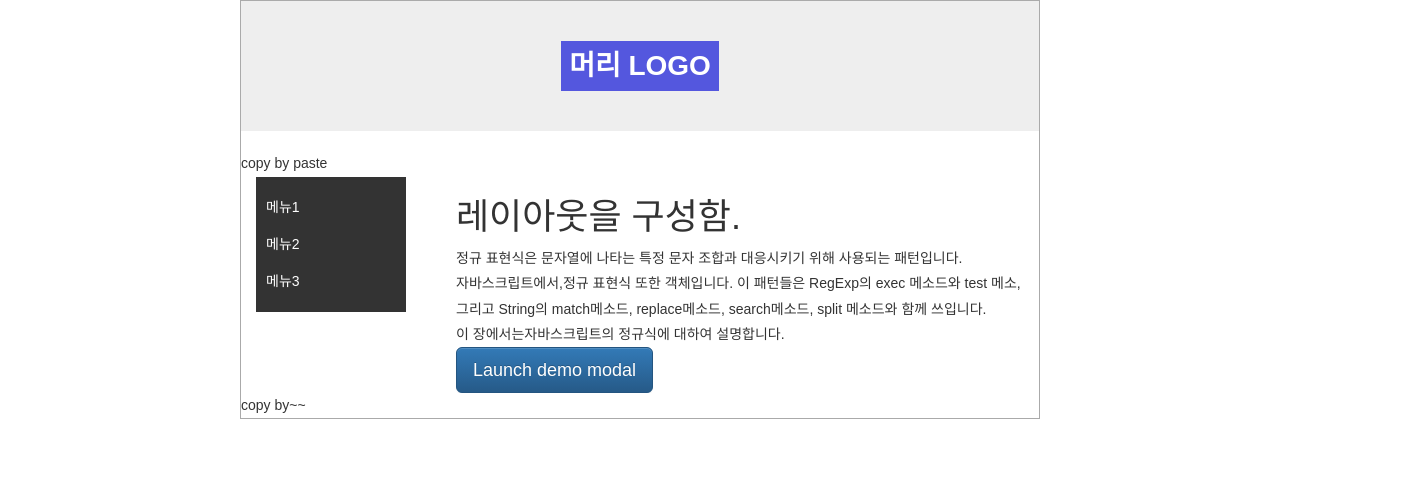
Repository: yoojisoo/YONSAI
Page: http://localhost/teatJava/
The author's editor kept a copy of each file at every save. The page is drawn from the files as they stood at one save, then again after the next save.
The browser window is 1280 px wide. The page is 1411 px wide, so the pictures cover 1411 px, including what lies to the right of the window. The pictures show the whole page.
The page is served by Tomcat 9.

Above is the page before, as saved 2021-08-23 06:30:36.

After the next save:
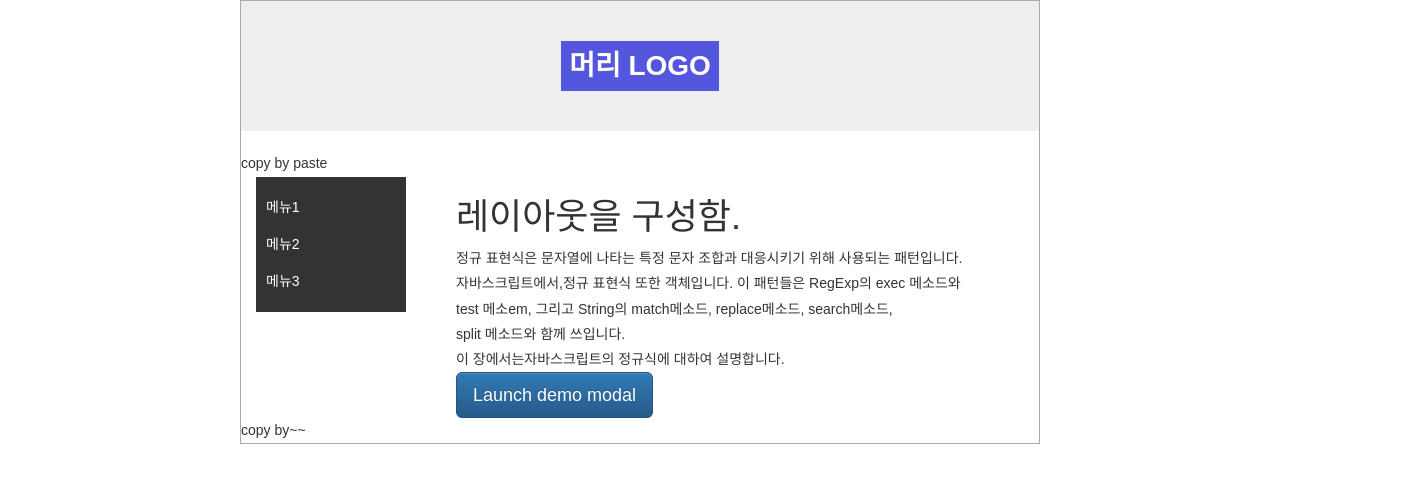
Saved 32 s later.
--- a/jsworkspace/teatJava/src/main/webapp/index.jsp
+++ b/jsworkspace/teatJava/src/main/webapp/index.jsp
@@ -106,8 +106,9 @@ body {
 			<div class="content">
 				<h1>레이아웃을 구성함.</h1>
 				<div>정규 표현식은 문자열에 나타는 특정 문자 조합과 대응시키기 위해 사용되는 패턴입니다.<br>
-				자바스크립트에서,정규 표현식 또한 객체입니다. 이 패턴들은 RegExp의 exec 메소드와 test 메소,<br>
-				그리고 String의 match메소드, replace메소드, search메소드, split 메소드와 함께 쓰입니다.<br>
+				자바스크립트에서,정규 표현식 또한 객체입니다. 이 패턴들은 RegExp의 exec 메소드와<br>
+				test 메소em, 그리고 String의 match메소드, replace메소드, search메소드,<br>
+				split 메소드와 함께 쓰입니다.<br>
 				이 장에서는자바스크립트의 정규식에 대하여 설명합니다.</div>
 			<!-- Button trigger modal -->
 			<button type="button" class="btn btn-primary btn-lg"
